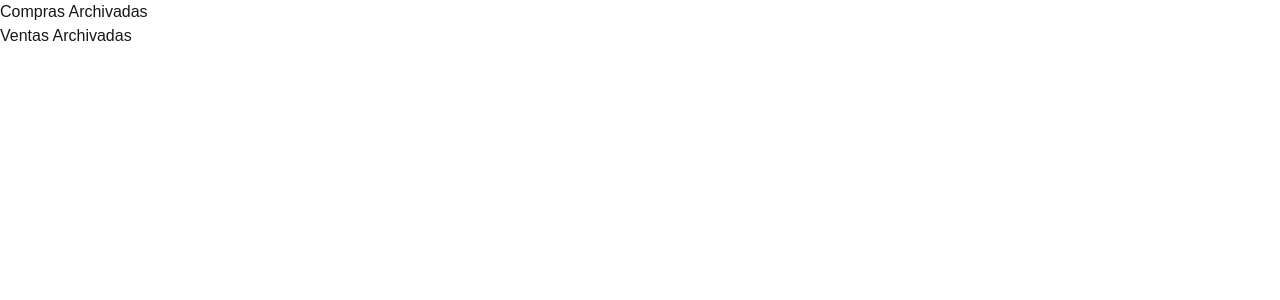
Repository: manucavallera/Sistema-Gestion
Page: /archivados
An editor plug-in stored every save of this project. The page is shown before and after the next save, followed by the edit.
The browser window is 1280 px wide. The pictures show the whole page.
The page's requests for data from a server got no answer. The project was rebuilt for these pictures with package versions that can differ from the ones it lists, and the page was loaded fresh each time. The framework's server and built-in components were replaced by stand-ins that run in the browser. No one was signed in, and anything a server would have sent is missing. Also part of the build but not shown: next.config.mjs.

Above is the page before, as saved 2024-11-01 14:24:00.

After the next save:
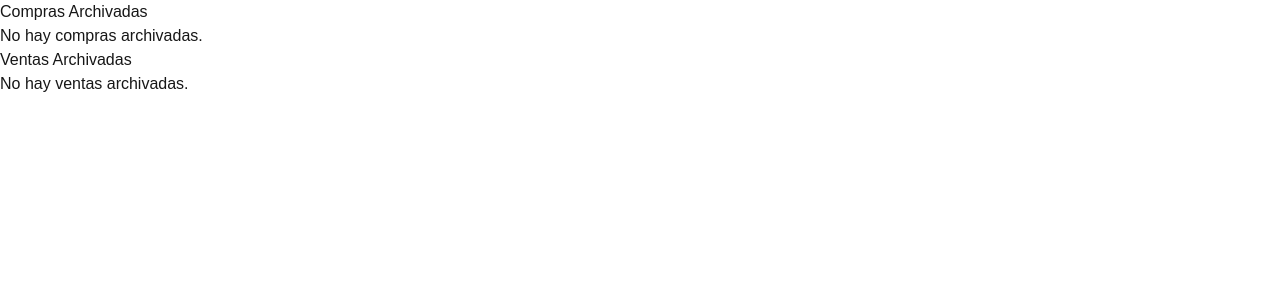
Saved 6 min 44 s later.
--- a/src/app/archivados/page.tsx
+++ b/src/app/archivados/page.tsx
@@ -1,4 +1,3 @@
-// archivados/page.tsx
 "use client";
 import { useEffect, useState } from "react";
 
@@ -26,9 +25,11 @@ function ArchivadosPage() {
   useEffect(() => {
     const fetchArchivedData = async () => {
       try {
+        // Asegúrate de que la ruta coincida con la del endpoint en tu backend
         const response = await fetch("/api/archive");
         if (response.ok) {
           const data = await response.json();
+          console.log("Datos archivados recibidos:", data); // Log para verificar los datos
           setArchivedData(data);
         } else {
           console.error("Error fetching archived data:", response.statusText);
@@ -45,22 +46,30 @@ function ArchivadosPage() {
     <div>
       <h1>Compras Archivadas</h1>
       <ul>
-        {archivedData.compras.map((compra) => (
-          <li key={compra.id}>
-            Compra ID: {compra.id}, Total: {compra.total}, Fecha:{" "}
-            {new Date(compra.fecha).toLocaleDateString()}
-          </li>
-        ))}
+        {archivedData.compras.length > 0 ? (
+          archivedData.compras.map((compra) => (
+            <li key={compra.id}>
+              Compra ID: {compra.id}, Total: {compra.total}, Fecha:{" "}
+              {new Date(compra.fecha).toLocaleDateString()}
+            </li>
+          ))
+        ) : (
+          <p>No hay compras archivadas.</p>
+        )}
       </ul>
 
       <h1>Ventas Archivadas</h1>
       <ul>
-        {archivedData.ventas.map((venta) => (
-          <li key={venta.id}>
-            Venta ID: {venta.id}, Total: {venta.total}, Fecha:{" "}
-            {new Date(venta.fecha).toLocaleDateString()}
-          </li>
-        ))}
+        {archivedData.ventas.length > 0 ? (
+          archivedData.ventas.map((venta) => (
+            <li key={venta.id}>
+              Venta ID: {venta.id}, Total: {venta.total}, Fecha:{" "}
+              {new Date(venta.fecha).toLocaleDateString()}
+            </li>
+          ))
+        ) : (
+          <p>No hay ventas archivadas.</p>
+        )}
       </ul>
     </div>
   );
